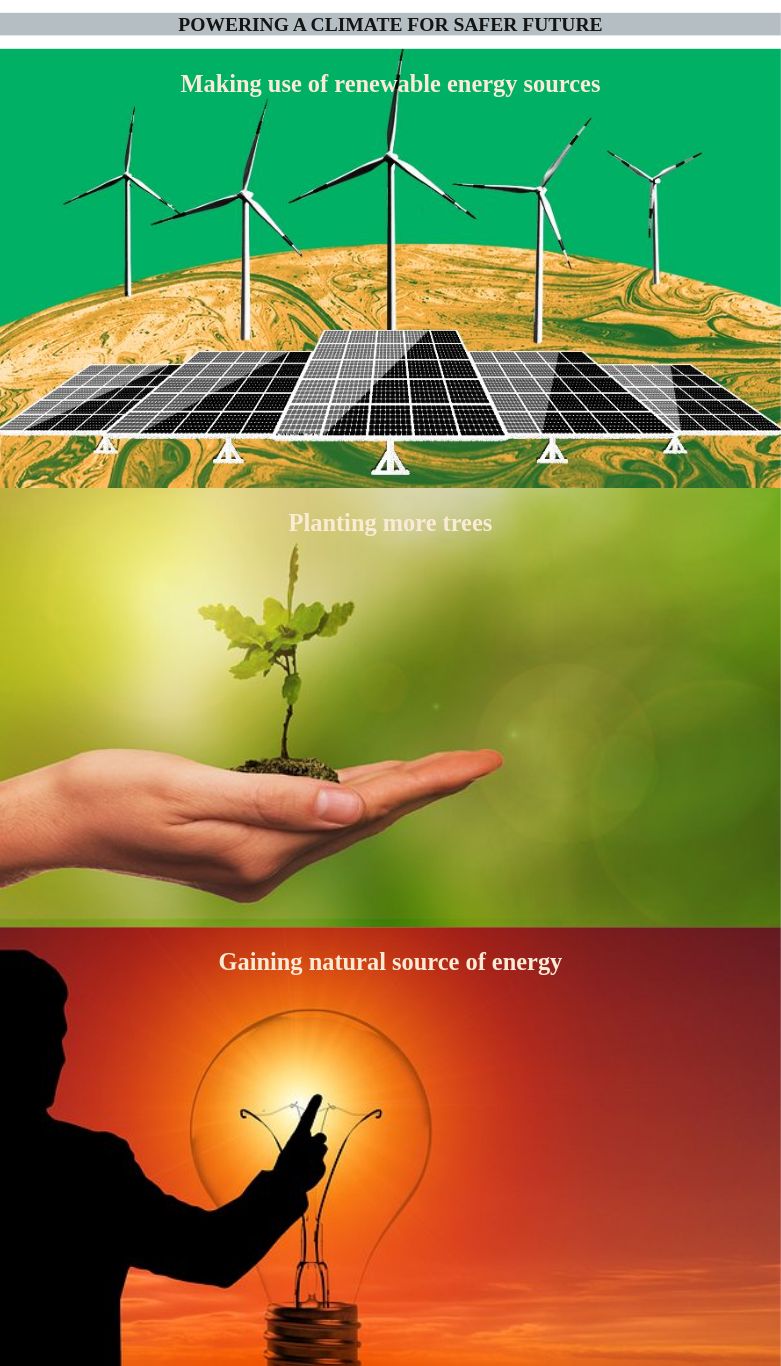
Repository: NavinDayanithi/static-web-design-competition
Page: index.html
The author's editor kept a copy of each file at every save. The page is drawn from the files as they stood at one save, then again after a run of saves.
The browser window is 1280 px wide. The pictures show the whole page, at 61% of full size.
Backgrounds fixed to the window are drawn as part of the page.

Above is the page before, as saved 2023-04-28 20:21:49.

After the next 5 saves:
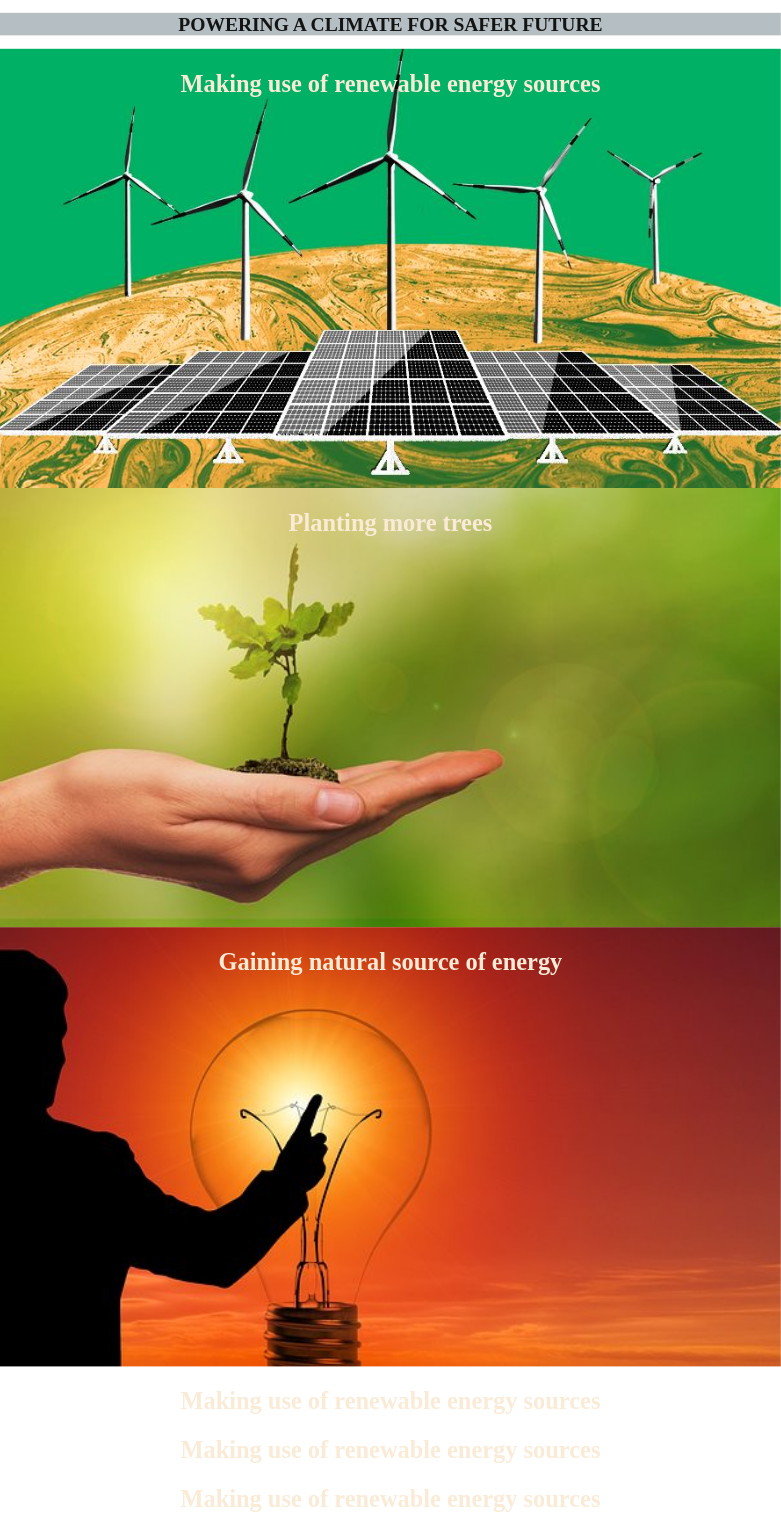
The 5 saves are shown as one change because they came seconds apart.
The last was saved 26 s later.
--- a/index.html
+++ b/index.html
@@ -15,5 +15,14 @@
     <div class="box3">
         <h2>Gaining natural source of energy</h2>
     </div>
+    <div class="box4">
+        <h2>Making use of renewable energy sources</h2>
+    </div>
+    <div class="box5">
+        <h2>Making use of renewable energy sources</h2>
+    </div>
+    <div class="box6">
+        <h2>Making use of renewable energy sources</h2>
+    </div>
 </body>
 </html>
